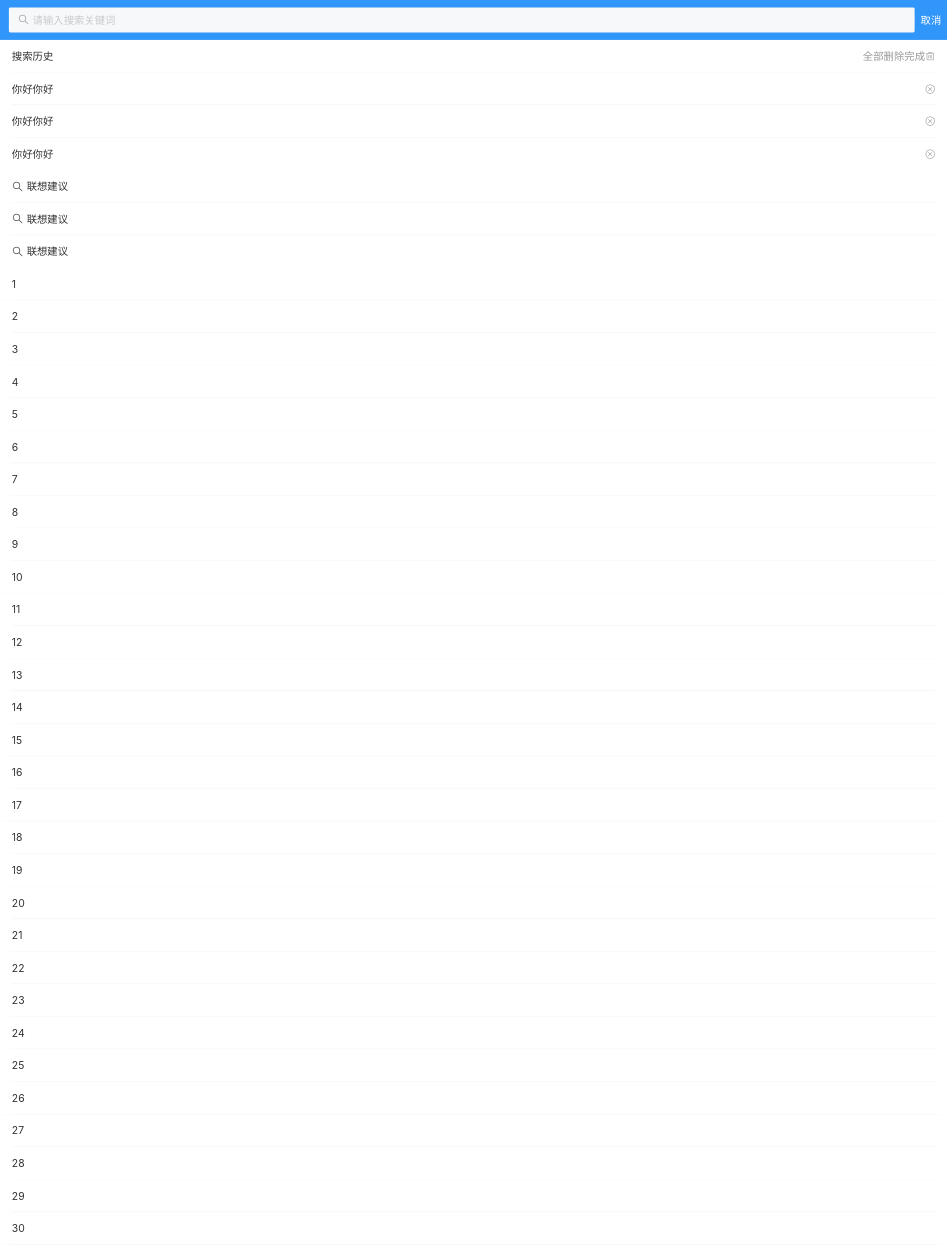
Repository: xn-lb/toutiao-mb
Page: /#/search
An editor plug-in stored every save of this project. The page is shown before and after the next save, followed by the edit.
The browser window is 1280 px wide. The pictures show the whole page, at 74% of full size.
The project was rebuilt for these pictures with package versions that can differ from the ones it lists, and the page was loaded fresh each time. Also part of the build but not shown: vue.config.js.

Above is the page before, as saved 2023-04-17 22:39:00.

### src/main.js
import Vue from 'vue'
import App from './App.vue'
import router from './router'
import store from './store'
// 加载全局样式
import './styles/index.less'
import Vant from 'vant' //加载Vant 组件库

import 'amfe-flexible' //加载动态设置  rem 基准值

Vue.use(Vant); //注册使用组件库

import './utils/dayjs' //加载时间格式化组件

import 'vant/lib/index.css' //加载全局样式

Vue.config.productionTip = false

new Vue({
    router,
    store,
    render: h => h(App)
}).$mount('#app')

### src/App.vue
<template>
  <div id="app">
  <!-- 路由的出口 -->
    <router-view></router-view>



  </div>
</template>
<script>
export default {
  name: 'APP'
}
</script>
<style lang="less">

</style>

### src/router/index.js
import Vue from 'vue'
import VueRouter from 'vue-router'


Vue.use(VueRouter)

// 路由表
const routes = [{
        path: '/login',
        name: 'LoginIndex',
        component: () =>
            import ('@/views/login')
    },
    {
        path: '/',
        component: () =>
            import ('@/views/layout/'),
        children: [{
                path: '/qa',
                name: 'qa',
                component: () =>
                    import ('@/views/qa/')
            },
            {
                path: '/video',
                name: 'video',
                component: () =>
                    import ('@/views/video/')
            },
            {
                path: '/my',
                name: 'my',
                component: () =>
                    import ('@/views/my/')
            },
            {
                path: '', //默认子路由  只能有一个
                name: 'home',
                component: () =>
                    import ('@/views/home/')
            }
        ]
    },
    {
        path: '/search',
        name: 'SearchIndex',
        component: () =>
            import ('@/views/search')
    },


]

const router = new VueRouter({
    routes
})

export default router

### src/store/index.js
import { getItem, setItem } from '@/utils/strorage'
import Vue from 'vue'
import Vuex from 'vuex'

Vue.use(Vuex)

const USER_KEY = 'toutiao-user'
export default new Vuex.Store({
    // namespaced: true, //关闭命名空间
    state: {
        user: getItem(USER_KEY) //使用封装模块的方式

        //使用原型模式  =>  user: JSON.parse(window.localStorage.getItem('user')) // 存储当前登录用户的登录状态（token 等数据）
    },
    getters: {},
    mutations: {
        setUser(state, data) {
            state.user = data
                // 为了防止页面刷新数据丢失，我们还需要把数据放到本地存储中，这里仅仅是为了持久化数据

            setItem(USER_KEY, state.user) //使用封装模块的方式
                //使用原型模式  =>  window.localStorage.setItem('user', JSON.stringify(state.user))
        }
    },
    actions: {},
    modules: {}
})

### src/styles/index.less
// 全局样式文件
// 加载图标样式
@import "./icon.less";

body{
    background-color: #f5f5f9;
}
.app-nav-bar{
    background-color: #3296fa !important;
    .van-nav-bar__title{
        color: #fff;
    }
    .van-icon{
        color:#fff !important;
    }
}

### src/utils/dayjs.js
// 初始化dayjs相关配置
import Vue from 'vue'
import dayjs from 'dayjs'
import 'dayjs/locale/zh-cn' //加载中文语言包
import relativeTime from 'dayjs/plugin/relativeTime'

// 配置使用相对时间
dayjs.extend(relativeTime)

// 配置中文语言包
dayjs.locale('zh-cn') // 全局使用


// 把处理相对时间的代码包装成全局过滤器
// 然后就可以在任何组件的模板中使用了
// 所谓的过滤器其实就是一个可以在模板中调用的函数而已
Vue.filter('relativeTime', value => {
    return dayjs(value).from(dayjs())
})

### src/views/search/index.vue
<template>
  <div class="search-container">
    <!-- 顶部搜索栏 -->
    <form action="/">
    <van-search
        v-model="searchText"
        show-action
        placeholder="请输入搜索关键词"
        background="#3196fa"
        @search="onSearch"
        @cancel="onCancel"
    />
    </form>
    <!-- 顶部搜索栏 -->

    <!-- 搜索历史记录 -->
        <searchHistory>

        </searchHistory>
    <!-- 搜索历史记录 -->

    <!-- 联想建议 -->
    <searchSuggestion>

    </searchSuggestion>
    <!-- 联想建议 -->

    <!-- 历史记录 -->
    <searchResult>

    </searchResult>
    <!-- 历史记录 -->
  </div>
</template>

<script>
import searchHistory from './components/search-history.vue';
import searchResult from './components/search-result.vue';
import searchSuggestion from './components/search-suggestion.vue';
export default {
    name:'SearchIndex',
    components:{
        searchHistory,
        searchResult,
        searchSuggestion
    },
    data(){
        return{
            searchText: '',
        }
    },
    methods:{
        onSearch(val) {
           console.log(val);
        },
        onCancel() {
            console.log('取消');
            this.$router.back()
        },
    }
}
</script>

<style lang="less" scoped>
    .van-search__action{
        color: #fff;
    }
</style>

### src/utils/strorage.js
// 本地存储封装模块

// 获取
export const getItem = (name) => {
    const data = window.localStorage.getItem(name)
    try {
        // 尝试把data转为JavaScript对象
        return JSON.parse(data)
    } catch (err) {
        // data不是JSON格式字符串，直接原样返回
        return data
    }
}

// 存储
export const setItem = (name, value) => {
    // 如果value 是对象，就把value 转为JSON格式字符串再储存
    if (typeof value === 'object') {
        value = JSON.stringify(value)
    }
    window.localStorage.setItem(name, value)
}



// 删除
export const removeItem = (name) => {
    window.localStorage.removeItem(name)
}

### src/styles/icon.less
@font-face {
    font-family: "toutiao"; /* Project id 3968849 */
    src: url('//at.alicdn.com/t/c/font_3968849_y288fdc89co.eot?t=1679462277967'); /* IE9 */
    src: url('//at.alicdn.com/t/c/font_3968849_y288fdc89co.eot?t=1679462277967#iefix') format('embedded-opentype'), /* IE6-IE8 */
         url('//at.alicdn.com/t/c/font_3968849_y288fdc89co.woff2?t=1679462277967') format('woff2'),
         url('//at.alicdn.com/t/c/font_3968849_y288fdc89co.woff?t=1679462277967') format('woff'),
         url('//at.alicdn.com/t/c/font_3968849_y288fdc89co.ttf?t=1679462277967') format('truetype'),
         url('//at.alicdn.com/t/c/font_3968849_y288fdc89co.svg?t=1679462277967#toutiao') format('svg');
  }

  .toutiao {
    font-family: "toutiao" !important;
    font-size: 16px;
    font-style: normal;
    -webkit-font-smoothing: antialiased;
    -moz-osx-font-smoothing: grayscale;
  }

  .toutiao-guanbi:before {
    content: "\e601";
  }

  .toutiao-gengduo:before {
    content: "\e602";
  }

  .toutiao-pinglun:before {
    content: "\e603";
  }

  .toutiao-shanchu:before {
    content: "\e604";
  }

  .toutiao-dianzan:before {
    content: "\e605";
  }

  .toutiao-lishi:before {
    content: "\e606";
  }

  .toutiao-shipin:before {
    content: "\e607";
  }

  .toutiao-shoucang:before {
    content: "\e608";
  }

  .toutiao-yanzhengma:before {
    content: "\e609";
  }

  .toutiao-wenda:before {
    content: "\e60a";
  }

  .toutiao-fenxiang:before {
    content: "\e60b";
  }

  .toutiao-youjiantou:before {
    content: "\e60c";
  }

  .toutiao-wuwangluo:before {
    content: "\e60d";
  }

  .toutiao-shouji:before {
    content: "\e60e";
  }

  .toutiao-zuojiantou:before {
    content: "\e60f";
  }

  .toutiao-shouye:before {
    content: "\e610";
  }

  .toutiao-wode:before {
    content: "\e611";
  }

  .toutiao-sousuo:before {
    content: "\e612";
  }

  .toutiao-zuopin:before {
    content: "\e613";
  }

  .toutiao-yuedu:before {
    content: "\e614";
  }

### src/views/search/components/search-history.vue
<template>
  <div class="search-history">
    <van-cell title="搜索历史">
      <span>全部删除</span>
      <span>完成</span>
      <van-icon name="delete-o" />
    </van-cell>
    <van-cell title="你好你好">
      <van-icon name="close"></van-icon>
    </van-cell>
    <van-cell title="你好你好">
      <van-icon name="close"></van-icon>
    </van-cell>
    <van-cell title="你好你好">
      <van-icon name="close"></van-icon>
    </van-cell>

  </div>
</template>

<script>
export default {
    name:'searchHistory',
    components:{},
    props:{},
    data(){
        return{

        }
    },

}
</script>

<style lang="less" scoped>

</style>

### src/views/search/components/search-result.vue
<template>
  <div class="search-result">
    <van-list
      v-model="loading"
      :finished="finished"
      finished-text="没有更多了"
      @load="onLoad"
    >
      <van-cell v-for="item in list" :key="item" :title="item" />
    </van-list>

  </div>
</template>

<script>
export default {
    name:'searchResult',
    components:{},
    props:{},
    data(){
        return{
          list: [],
          loading: false,
          finished: false,
        };
    },
    methods:{
      onLoad() {
        // 异步更新数据
        // setTimeout 仅做示例，真实场景中一般为 ajax 请求
        setTimeout(() => {
          for (let i = 0; i < 10; i++) {
            this.list.push(this.list.length + 1);
          }

          // 加载状态结束
          this.loading = false;

          // 数据全部加载完成
          if (this.list.length >= 40) {
            this.finished = true;
          }
        }, 1000);
      },
    }


}
</script>

<style lang="less" scoped>

</style>

### src/views/search/components/search-suggestion.vue
<template>
  <div class="search-suggestion">
    <van-cell title="联想建议" icon="search"></van-cell>
    <van-cell title="联想建议" icon="search"></van-cell>
    <van-cell title="联想建议" icon="search"></van-cell>
  </div>
</template>

<script>
export default {
    name:'searchSuggestion',
    components:{},
    props:{},
    data(){
        return{

        }
    },

}
</script>

<style lang="less" scoped>

</style>

Loaded but not shown: public/index.html (common file)

After the next save:
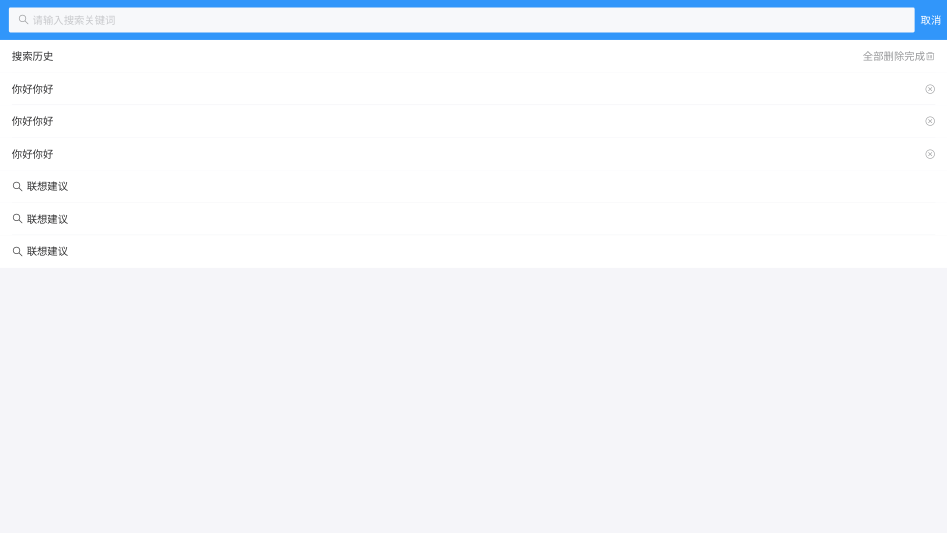
Saved 5 min 27 s later.
--- a/src/views/search/index.vue
+++ b/src/views/search/index.vue
@@ -13,27 +13,25 @@
     </form>
     <!-- 顶部搜索栏 -->
 
+    <!-- 搜索结果 -->
+    <searchResult v-if="isResultShow"/>
+    <!-- 搜索结果 -->
+
     <!-- 搜索历史记录 -->
-        <searchHistory>
+        <searchHistory />
 
-        </searchHistory>
     <!-- 搜索历史记录 -->
 
     <!-- 联想建议 -->
-    <searchSuggestion>
-
-    </searchSuggestion>
+    <searchSuggestion />
     <!-- 联想建议 -->
 
-    <!-- 历史记录 -->
-    <searchResult>
 
-    </searchResult>
-    <!-- 历史记录 -->
   </div>
 </template>
 
 <script>
+import { is } from '@babel/types';
 import searchHistory from './components/search-history.vue';
 import searchResult from './components/search-result.vue';
 import searchSuggestion from './components/search-suggestion.vue';
@@ -47,6 +45,7 @@ export default {
     data(){
         return{
             searchText: '',
+            isResultShow:false  //控制搜索结果的展示
         }
     },
     methods:{
